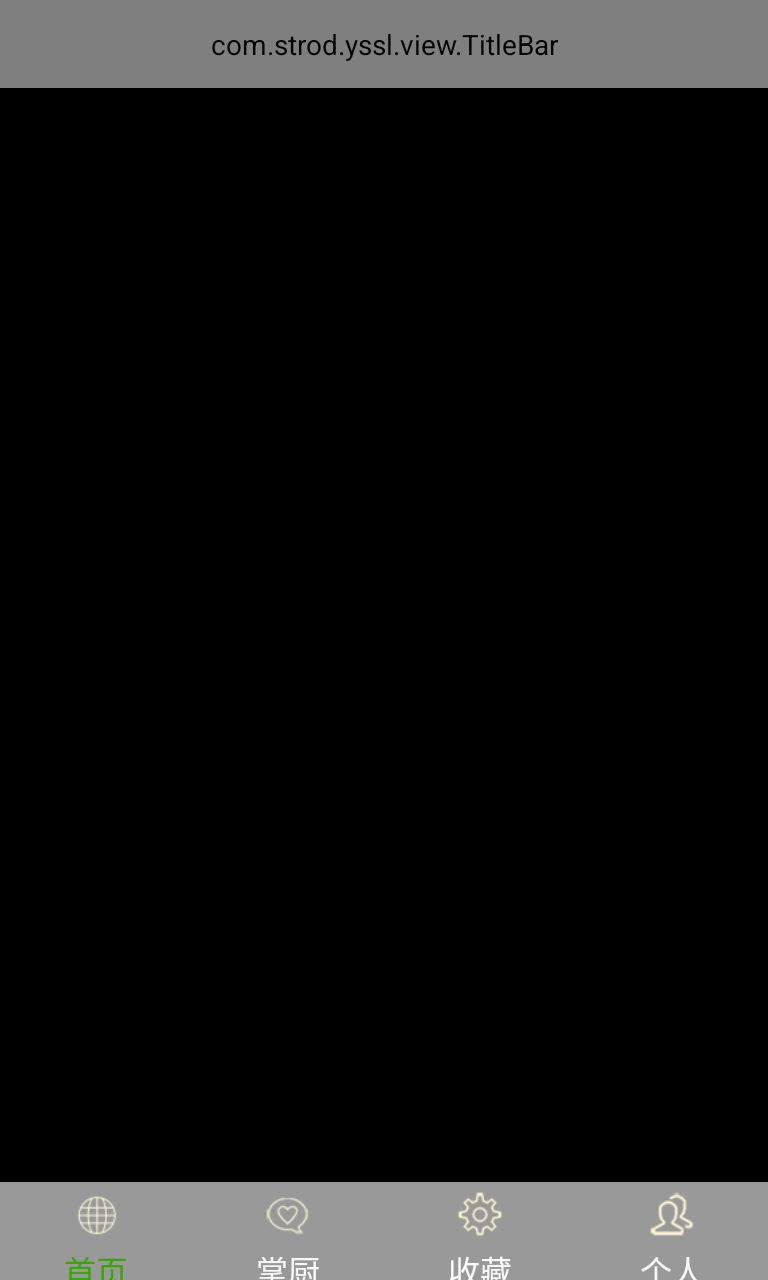
Repository: duyuan199010/atangge
Layout: yssl/res/layout/activity_main.xml
An editor plug-in stored every save of this project. The layout is shown before and after the next save, followed by the edit.
Pictures or frames that could not be fetched are drawn as grey boxes. It is drawn on a 768 x 1280 px phone screen (xhdpi) without system bars, with theme Theme.PageIndicatorDefaults; the app's code is not run.

Above is the layout before, as saved 2015-08-11 12:36:10.

After the next save:
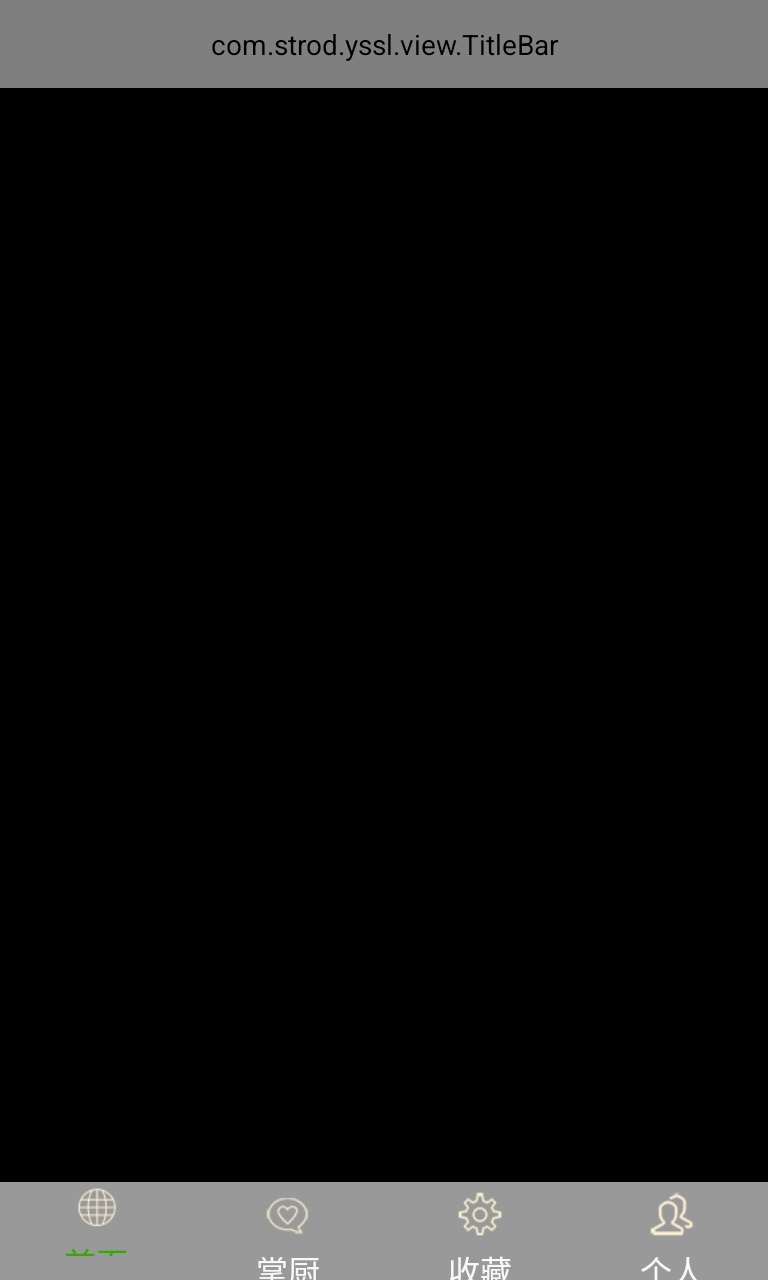
Saved 16 s later.
--- a/yssl/res/layout/activity_main.xml
+++ b/yssl/res/layout/activity_main.xml
@@ -33,7 +33,7 @@
             style="@style/ContentFontLittle"
             android:layout_width="wrap_content"
             android:layout_height="wrap_content"
-
+            android:layout_marginBottom="8dp"
             android:layout_weight="1"
             android:button="@null"
             android:drawableTop="@drawable/all_news"

After the save that followed:
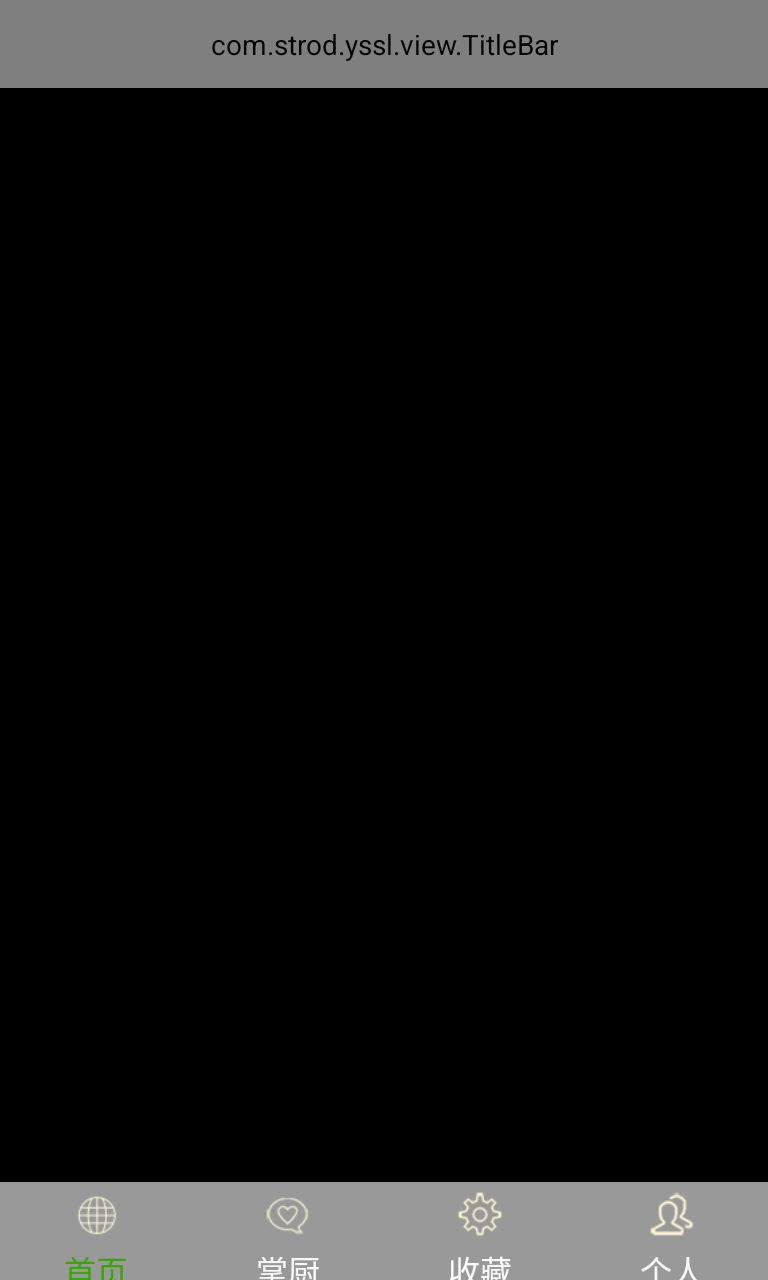
Saved 13 s later.
--- a/yssl/res/layout/activity_main.xml
+++ b/yssl/res/layout/activity_main.xml
@@ -33,7 +33,6 @@
             style="@style/ContentFontLittle"
             android:layout_width="wrap_content"
             android:layout_height="wrap_content"
-            android:layout_marginBottom="8dp"
             android:layout_weight="1"
             android:button="@null"
             android:drawableTop="@drawable/all_news"
